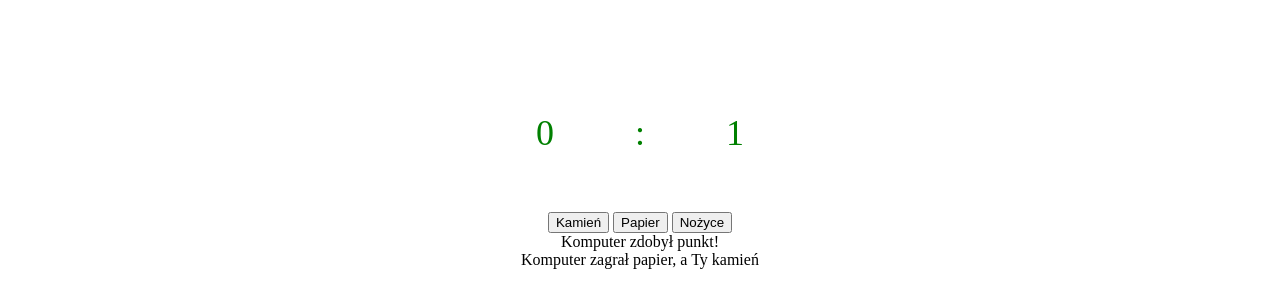
Repository: ulasup/javascript-prework
Page: index.html
An editor plug-in stored every save of this project. The page is shown before and after the next save, followed by the edit.
The browser window is 1280 px wide. The pictures show the whole page.
After loading, the first visible `#button-rock` was clicked once.
Some web libraries are served in a nearby version. The style sheet was rebuilt from its Sass, Less or Tailwind sources for each picture, by a compiler version that may differ from the author's.

Above is the page before, as saved 2020-12-12 17:38:12.

After the next save:
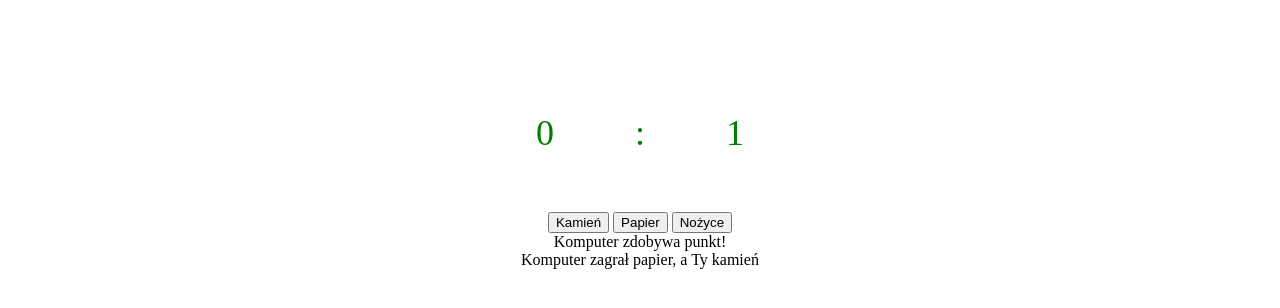
Saved 4 min 22 s later.
--- a/js/script.js
+++ b/js/script.js
@@ -28,17 +28,32 @@ function buttonClicked(argButtonName) {
     if (argPlayerMove == 'papier' && argComputerMove == 'kamień') {
       playerScore++;
       document.getElementById('player').innerHTML = playerScore;
-      printMessage('Brawo! Zdobywasz punkt!');
+      if (playerScore == 3) {
+        printMessage('Koniec gry! Wygrałeś');
+      }
+      else {
+        printMessage('Brawo! Zdobywasz punkt!');
+      }
     }
     else if (argPlayerMove == 'kamień' && argComputerMove == 'nożyce') {
       playerScore++;
       document.getElementById('player').innerHTML = playerScore;
-      printMessage('Brawo! Zdobywasz punkt!');
+      if (playerScore == 3) {
+        printMessage('Koniec gry! Wygrałeś');
+      }
+      else {
+        printMessage('Brawo! Zdobywasz punkt!');
+      }
     }
     else if (argPlayerMove == 'nożyce' && argComputerMove == 'papier') {
       playerScore++;
       document.getElementById('player').innerHTML = playerScore;
-      printMessage('Brawo! Zdobywasz punkt!');
+      if (playerScore == 3) {
+        printMessage('Koniec gry! Wygrałeś');
+      }
+      else {
+        printMessage('Brawo! Zdobywasz punkt!');
+      }
     }
     else if (argPlayerMove == argComputerMove) {
       printMessage('Remis!');
@@ -46,7 +61,12 @@ function buttonClicked(argButtonName) {
     else {
       computerScore++;
       document.getElementById('computer').innerHTML = computerScore;
-      printMessage('Komputer zdobył punkt!');
+      if (computerScore == 3) {
+        printMessage('Koniec gry! Przegrałeś :(');
+      }
+      else {
+        printMessage('Komputer zdobywa punkt!');
+      }
     }
     printMessage('Komputer zagrał ' + argComputerMove + ', a Ty ' + argPlayerMove);
   }
@@ -54,14 +74,7 @@ function buttonClicked(argButtonName) {
   playerMove = argButtonName;
   randomNumber = Math.floor(Math.random() * 3 + 1);
   computerMove = getMoveName(randomNumber);
-
-  if (playerScore == 3) {
-    printMessage('Koniec gry! Wygrałeś');
-  }
-  else if (computerScore == 3) {
-    printMessage('Koniec gry! Przegrałeś :(');
-  }
-  else displayResult(playerMove, computerMove);
+  displayResult(playerMove, computerMove);
 }
 
 buttonRock.addEventListener('click', function(){ buttonClicked('kamień'); });
